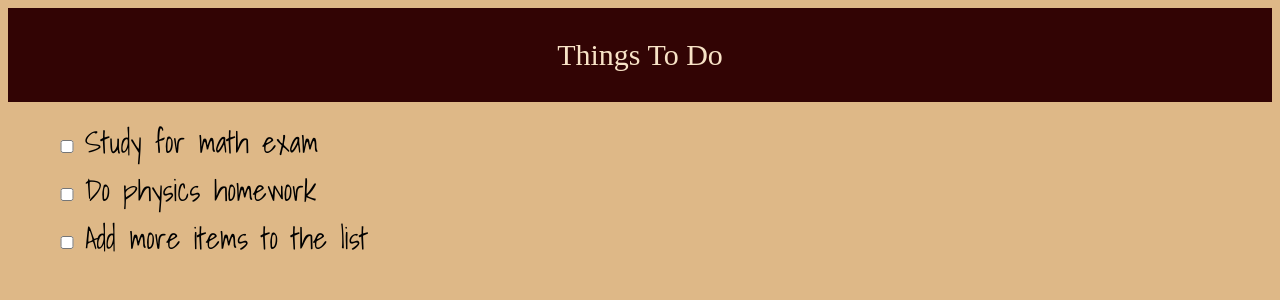
Repository: riya10483/pomodoro
Page: todo.html
The author's editor kept a copy of each file at every save. The page is drawn from the files as they stood at one save, then again after the next save.
The browser window is 1280 px wide. The pictures show the whole page.
Some web fonts or font styles are not loaded; a fallback is used.

Above is the page before, as saved 2024-09-28 19:01:34.

### todo.html
<!DOCTYPE html>
<html lang="en">
<head>
    <meta charset="UTF-8">
    <style>
        @import url('https://fonts.googleapis.com/css2?family=Rye&display=swap');
    </style>
    <style>
        @import url('https://fonts.googleapis.com/css2?family=Shadows+Into+Light&display=swap');
    </style>
    <style>
        @import url('https://fonts.googleapis.com/css2?family=Peralta&family=Rye&display=swap');
    </style>
    <meta name="viewport" content="width=device-width, initial-scale=1.0">
    <title>To Do List</title>
    <link rel="stylesheet" href="todo.css">
</head>
<body>
    <div id="header">Things To Do</div>
    <ul>
        <li><input type="checkbox">Study for math exam</li>
        <li><input type="checkbox">Do physics homework</li>
        <li><input type="checkbox">Add more items to the list</li>
    </ul>
</body>
</html>

### todo.css
* {
    background-color:burlywood;
}
#header {
    color:rgb(247, 226, 198);
    padding: 30px;
    background-color:rgb(50, 4, 4);
    text-align: center;
    font-family: Rye;
    font-size: 30px;
}

li {
    font-size: 30px;
    font-family: "Shadows Into Light";
    list-style: none;
}

input {
    width: 30px;
    height
}

After the next save:
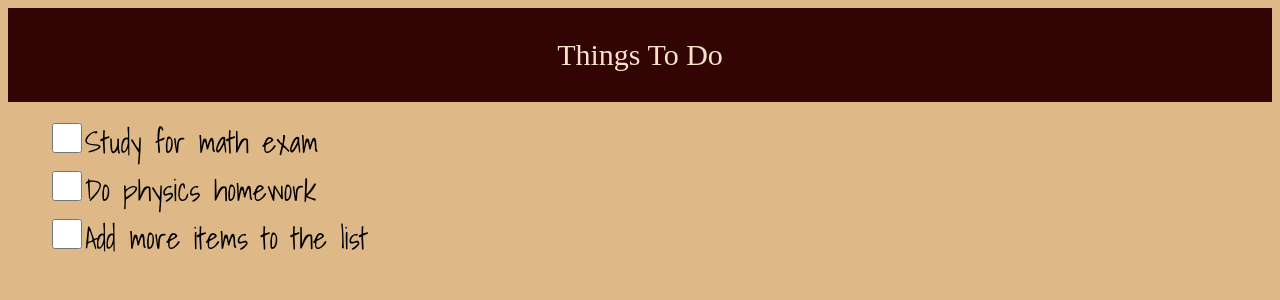
Saved 4 s later.
--- a/todo.css
+++ b/todo.css
@@ -18,5 +18,5 @@ li {
 
 input {
     width: 30px;
-    height
+    height: 30px;
 }
